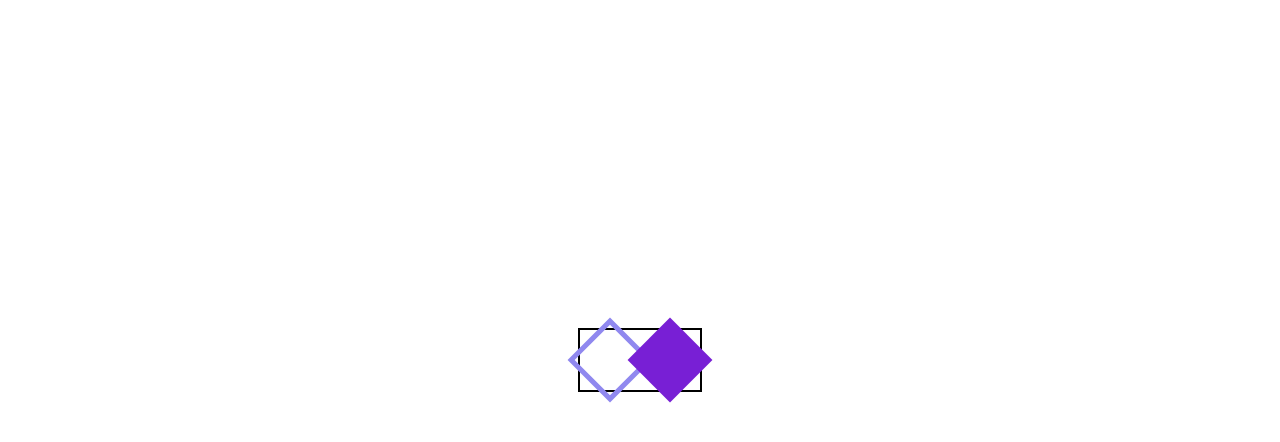
Repository: ornelasedward/whimsical_logo
Page: index.html
The author's editor kept a copy of each file at every save. The page is drawn from the files as they stood at one save, then again after the next save.
The browser window is 1280 px wide. The pictures show the whole page.

Above is the page before, as saved 2023-04-21 08:44:13.

After the next save:
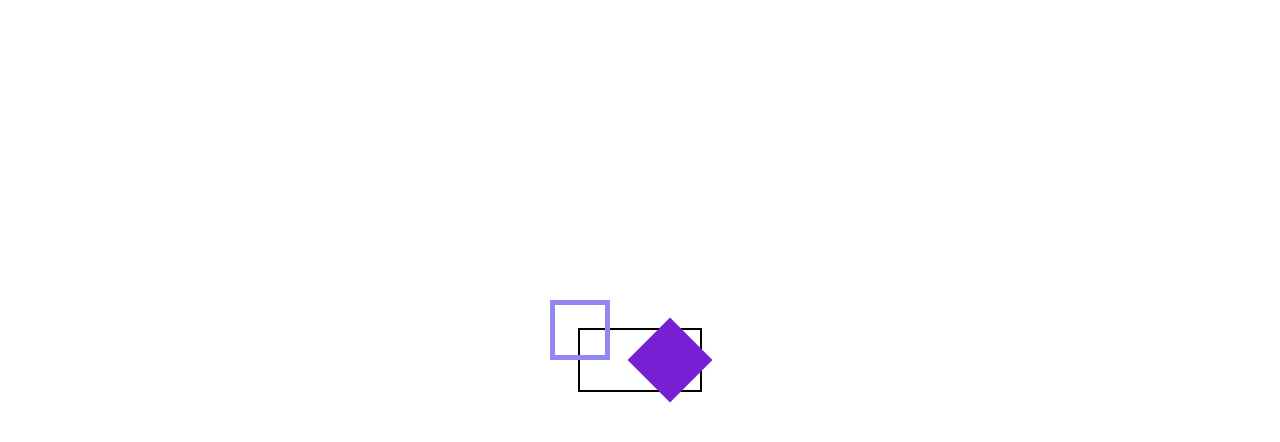
Saved 15 s later.
--- a/styles.css
+++ b/styles.css
@@ -30,4 +30,7 @@
   border: 5px solid #9088ef;
   height: 50px;
   width: 50px;
+  top: 50%; /* Offset the second shape by half */
+  left: 50%;
+  transform: translate(-50%, -50%);
 }
